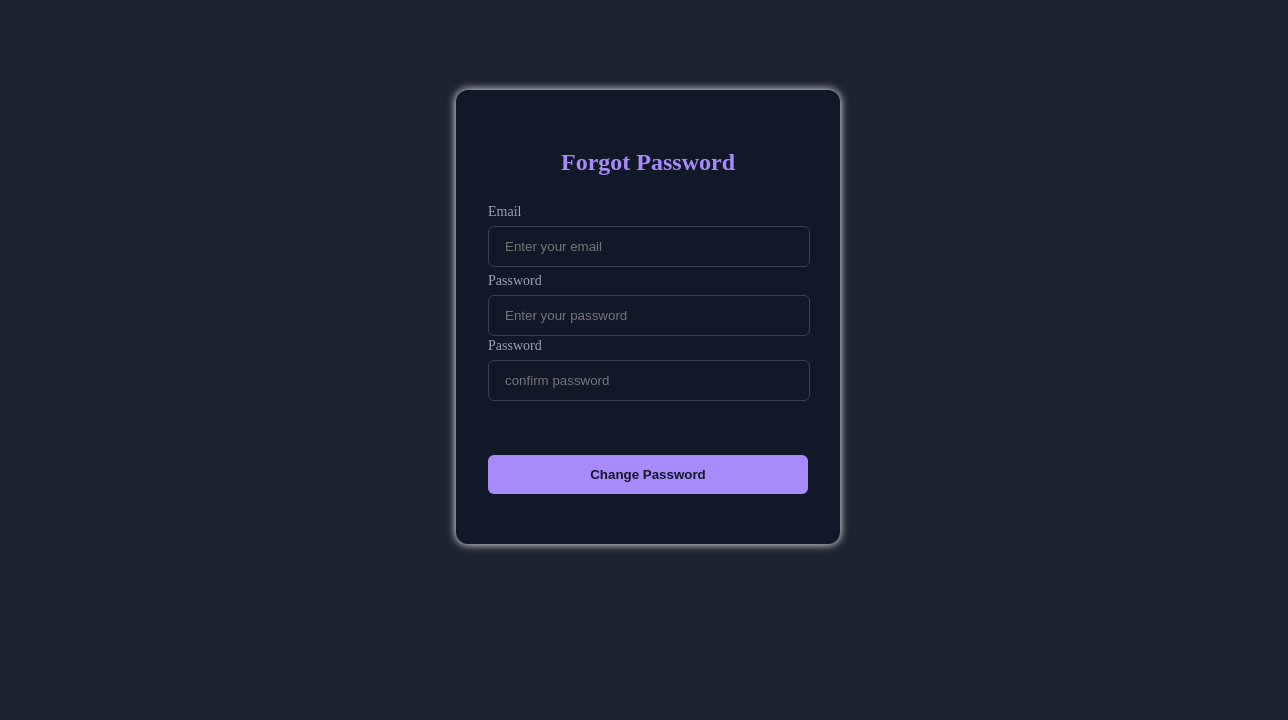
Repository: PeruriNaresh/Bank_Project
Page: http://localhost/bank_project/forgotpassword.jsp
An editor plug-in stored every save of this project. The page is shown before and after the next save, followed by the edit.
The browser window is 1280 px wide. The page is 1288 px wide, so the pictures cover 1288 px, including what lies to the right of the window. The pictures show the whole page.
The page is served by Tomcat 9. Other server files are loaded and not shown.

Above is the page before, as saved 2024-10-24 17:31:34.

### bank_project/src/main/webapp/forgotpassword.jsp
<%@ page language="java" contentType="text/html; charset=UTF-8"
    pageEncoding="UTF-8"%>
<!DOCTYPE html>
<html>
<head>
    <meta charset="UTF-8">
    <meta name="viewport" content="width=device-width, initial-scale=1.0">
    <Style>
        body
        {
            width: 100%;
            height: 100%;
            overflow: hidden;
            background-color: rgb(28, 34, 46);
        }
        .form-container {
        width: 25vw;
        border-radius: 0.75rem;
        background-color: rgba(17, 24, 39, 1);
        padding: 2rem;
        color: rgba(243, 244, 246, 1);
        margin: 7% 35%;
        box-shadow: 0px 0px 10px white;
        }

        .title {
        text-align: center;
        color:  rgba(167, 139, 250, 1);
        font-size: 1.5rem;
        line-height: 2rem;
        font-weight: 700;
        }

        .form {
        margin-top: 1.5rem;
        }

        .input-group {
        margin-top: 0.25rem;
        font-size: 0.875rem;
        line-height: 1.25rem;
        }

        .input-group label {
        display: block;
        color: rgba(156, 163, 175, 1);
        margin-bottom: 4px;
        }

        .input-group input {
        width: 90%;
        border-radius: 0.375rem;
        border: 1px solid rgba(55, 65, 81, 1);
        outline: 0;
        background-color: rgba(17, 24, 39, 1);
        padding: 0.75rem 1rem;
        color: rgba(243, 244, 246, 1);
        }

        .input-group input:focus {
        border-color: rgba(167, 139, 250);
        }

        .forgot {
        display: flex;
        justify-content: flex-end;
        font-size: 0.75rem;
        line-height: 1rem;
        color: rgba(156, 163, 175,1);
        margin: 8px 0 14px 0;
        }

        .forgot a,.signup a {
        color: rgba(243, 244, 246, 1);
        text-decoration: none;
        font-size: 14px;
        }

        .forgot a:hover, .signup a:hover {
        text-decoration: underline rgba(167, 139, 250, 1);
        }

        .sign {
        display: block;
        width: 100%;
        background-color: rgba(167, 139, 250, 1);
        padding: 0.75rem;
        text-align: center;
        color: rgba(17, 24, 39, 1);
        border: none;
        border-radius: 0.375rem;
        font-weight: 600;
        }

        .social-message {
        display: flex;
        align-items: center;
        padding-top: 1rem;
        }

        .line {
        height: 1px;
        flex: 1 1 0%;
        background-color: rgba(55, 65, 81, 1);
        }

        .social-message .message {
        padding-left: 0.75rem;
        padding-right: 0.75rem;
        font-size: 0.875rem;
        line-height: 1.25rem;
        color: rgba(156, 163, 175, 1);
        }

        .social-icons {
        display: flex;
        justify-content: center;
        }

        .social-icons .icon {
        border-radius: 0.125rem;
        padding: 0.75rem;
        border: none;
        background-color: transparent;
        margin-left: 8px;
        }

        .social-icons .icon svg {
        height: 1.25rem;
        width: 1.25rem;
        fill: #fff;
        }

        .signup {
        text-align: center;
        font-size: 0.75rem;
        line-height: 1rem;
        color: rgba(156, 163, 175, 1);
        }

    </Style>
    <title>Forgot Password</title>
</head>
<body>
    <div class="form-container">
        <p class="title">Forgot Password</p>
        <form class="form" action="forgot" method="post">
            <div class="input-group">
                <label for="username">Email</label>
                <input type="text" name="email" id="username" placeholder="Enter your email" required>
            </div>
            <div class="input-group">
                <label for="password">Password</label>
                <input type="password" name="password" id="password" placeholder="Enter your password" required>
                <label for="password">Password</label>
                <input type="password" placeholder="confirm password">
            </div>
            <br>
            <p style="opacity:0;display:inline;" id="msg">passwords doesnot match</p>
            <br><br>
            <button class="sign" disabled>Change Password</button>
            <br>
            <%
	    String msg=(String)request.getAttribute("msg");
               	if(msg!=null)
                {
                	out.println("<p>"+msg+"</p>");
         		}%>
        </form>
    </div>
    <script>
        var inputs=document.querySelectorAll("input");
        var msg=document.getElementById("msg");
        var confirm=inputs[2];
        var submit=document.querySelector("button");
        confirm.addEventListener("input",()=>
        {
            var pass= inputs[1].value;
            if(pass!=confirm.value)
            {
                console.log("hello");
                msg.style.opacity=1;
            }
            else
            {
                msg.style.opacity=0;
                submit.removeAttribute("disabled");
            }
        });
    </script>
</body>
</html>

After the next save:
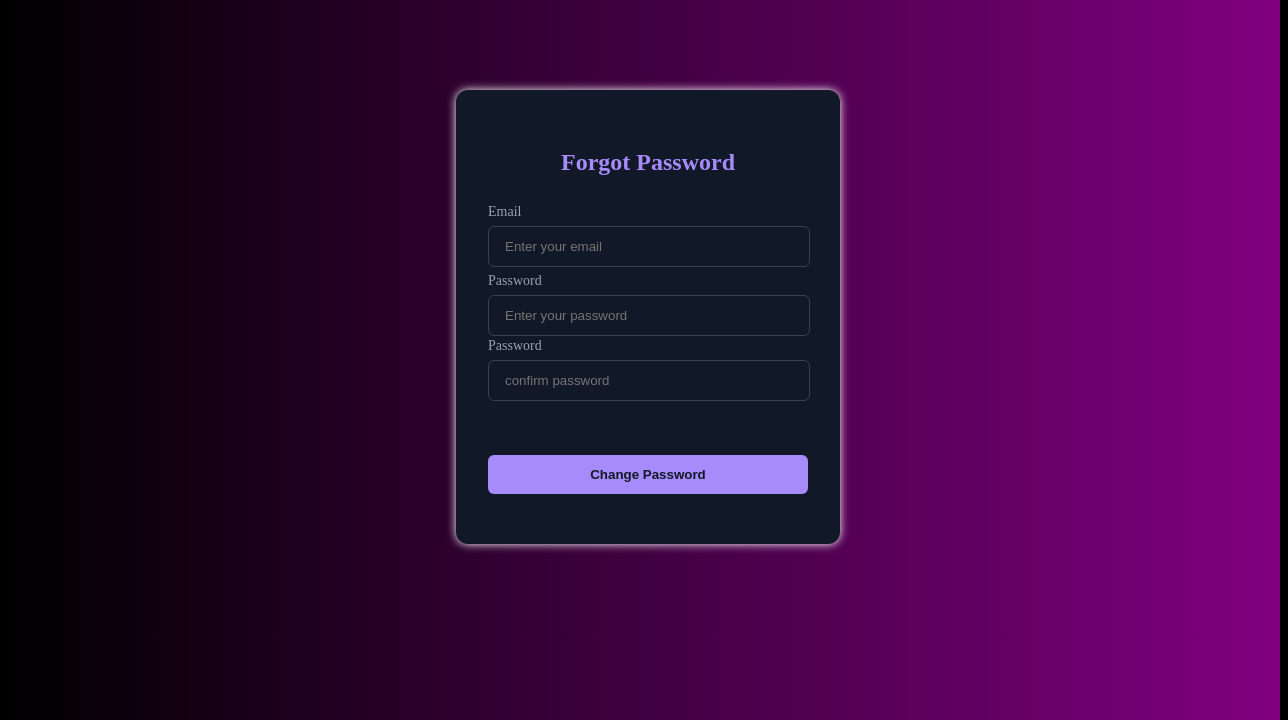
Saved 16 min 13 s later.
--- a/bank_project/src/main/webapp/forgotpassword.jsp
+++ b/bank_project/src/main/webapp/forgotpassword.jsp
@@ -11,7 +11,7 @@
             width: 100%;
             height: 100%;
             overflow: hidden;
-            background-color: rgb(28, 34, 46);
+            background: linear-gradient(to right, black, purple );
         }
         .form-container {
         width: 25vw;
